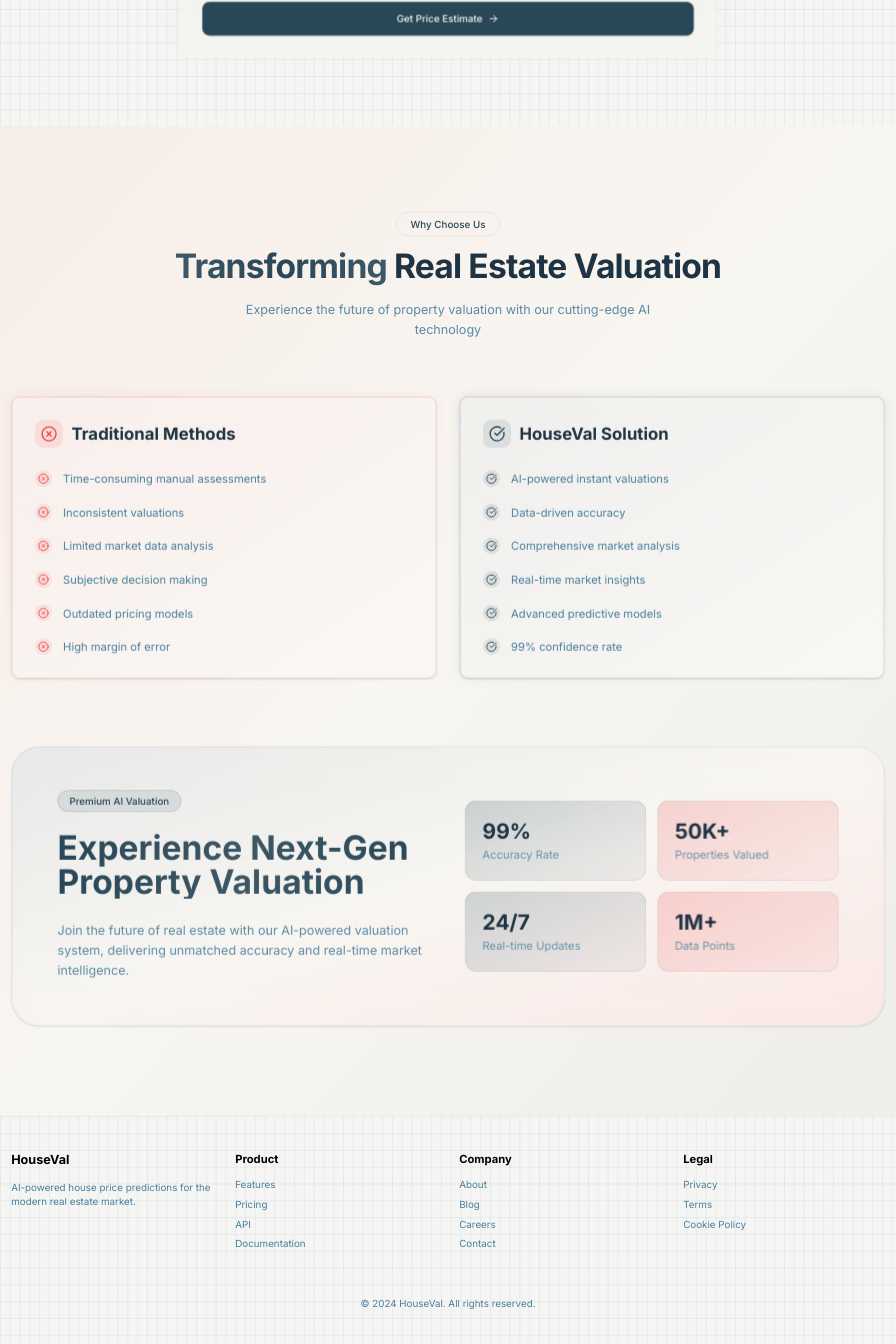
Repository: Rayyy-dev/HouseVal
Page: /
An editor plug-in stored every save of this project. The page is shown before and after the next save, followed by the edit.
The browser window is 1280 px wide. The pictures show the part of the page from y = 2574 to 4494 px (the page is 4494 px tall), at 70% of full size.
The project was rebuilt for these pictures with package versions that can differ from the ones it lists, and the page was loaded fresh each time. The framework's server and built-in components were replaced by stand-ins that run in the browser. Also part of the build but not shown: next.config.js. Imported but missing from the stored project, and not drawn on this page: src/components/ui/command.

Above is the page before, as saved 2025-01-18 16:45:56.

### src/app/layout.tsx
import type { Metadata } from "next";
import { Inter } from "next/font/google";
import "./globals.css";
import { Toaster } from "sonner";

const inter = Inter({ subsets: ["latin"] });

export const metadata: Metadata = {
  title: "HouseVal - AI-Powered House Price Predictor",
  description: "Get instant, accurate house price estimates powered by AI",
};

export default function RootLayout({
  children,
}: {
  children: React.ReactNode;
}) {
  return (
    <html lang="en">
      <body className={inter.className}>
        {children}
        <Toaster richColors position="top-center" />
      </body>
    </html>
  );
}

### src/app/page.tsx
import { Header } from "@/components/landing-page/sections/header";
import { Hero } from "@/components/landing-page/sections/hero";
import { Integrations } from "@/components/landing-page/sections/integrations";
import { Benefits } from "@/components/landing-page/sections/benefits";
import { PricePredictor } from "@/components/landing-page/sections/price-predictor";
import { Solution } from "@/components/landing-page/sections/solution";
import { Footer } from "@/components/landing-page/sections/footer";

export default function Home() {
  return (
    <div className="min-h-screen bg-background">
      <Header />
      <Hero />
      <Integrations />
      <Benefits />
      <PricePredictor />
      <Solution />
      <Footer />
    </div>
  );
}

### src/components/landing-page/sections/solution.tsx
"use client";

import { motion } from "framer-motion";
import { Card, CardContent } from "@/components/ui/card";
import { CheckCircle, XCircle } from "lucide-react";
import { cn } from "@/lib/utils";

// Add smooth animation variants
const containerVariants = {
  hidden: { opacity: 0 },
  visible: {
    opacity: 1,
    transition: {
      staggerChildren: 0.1,
      delayChildren: 0.2,
      duration: 0.5,
      ease: [0.6, -0.05, 0.01, 0.99]
    }
  }
};

const itemVariants = {
  hidden: { opacity: 0, y: 10 },
  visible: {
    opacity: 1,
    y: 0,
    transition: {
      duration: 0.5,
      ease: [0.6, -0.05, 0.01, 0.99]
    }
  }
};

export function Solution() {
  return (
    <section className="py-32 relative overflow-hidden">
      {/* Sophisticated Background */}
      <div className="absolute inset-0">
        <div className="absolute inset-0 bg-gradient-to-br from-destructive/5 via-transparent to-primary/5" />
        <motion.div
          initial={{ opacity: 0 }}
          animate={{ opacity: 1 }}
          transition={{ duration: 1.5 }}
          className="absolute inset-0"
        >
          <div className="absolute left-0 right-0 top-0 -z-10 m-auto h-[310px] w-[310px] rounded-full bg-primary/5 blur-[120px] animate-pulse-slow" />
          <div className="absolute left-1/3 right-0 top-1/2 -z-10 h-[250px] w-[250px] rounded-full bg-destructive/5 blur-[120px] animate-pulse-slow delay-300" />
        </motion.div>
      </div>

      <div className="container mx-auto px-4 relative">
        {/* Enhanced Header */}
        <motion.div
          initial={{ opacity: 0, y: 20 }}
          whileInView={{ opacity: 1, y: 0 }}
          viewport={{ once: true }}
          transition={{ duration: 0.7, ease: "easeOut" }}
          variants={containerVariants}
          className="text-center mb-20"
        >
          <motion.div
            initial={{ scale: 0.95, opacity: 0 }}
            whileInView={{ scale: 1, opacity: 1 }}
            transition={{ duration: 0.5, delay: 0.2 }}
            variants={itemVariants}
            className="inline-block mb-6"
          >
            <span className="px-5 py-2 rounded-full bg-primary/8 text-primary text-sm font-medium border border-primary/10">
              Why Choose Us
            </span>
          </motion.div>
          <motion.h2
            variants={itemVariants}
            className="text-4xl md:text-5xl font-bold mb-6 tracking-tight"
          >
            <span className="bg-gradient-to-r from-primary/90 via-primary to-primary/90 bg-clip-text text-transparent">Transforming</span>
            <span className="text-foreground"> Real Estate Valuation</span>
          </motion.h2>
          <motion.p
            variants={itemVariants}
            className="text-lg text-muted-foreground/90 max-w-2xl mx-auto leading-relaxed"
          >
            Experience the future of property valuation with our cutting-edge AI technology
          </motion.p>
        </motion.div>

        {/* Enhanced Cards Grid */}
        <div className="grid grid-cols-1 lg:grid-cols-2 gap-8">
          <motion.div
            initial={{ opacity: 0, x: -20 }}
            whileInView={{ opacity: 1, x: 0 }}
            viewport={{ once: true }}
            transition={{ duration: 0.7 }}
          >
            <Card className="relative group h-full">
              <div className="absolute -inset-0.5 bg-gradient-to-br from-destructive/20 to-destructive/0 rounded-2xl blur opacity-50 group-hover:opacity-75 transition duration-300" />
              <div className="relative h-full bg-background/50 backdrop-blur-sm rounded-xl p-8 border border-destructive/20">
                <h3 className="text-2xl font-bold mb-8 flex items-center gap-3">
                  <div className="p-2 rounded-lg bg-destructive/10">
                    <XCircle className="text-destructive h-6 w-6" />
                  </div>
                  Traditional Methods
                </h3>
                <CardContent className="space-y-6 p-0">
                  {[
                    "Time-consuming manual assessments",
                    "Inconsistent valuations",
                    "Limited market data analysis",
                    "Subjective decision making",
                    "Outdated pricing models",
                    "High margin of error"
                  ].map((item, i) => (
                    <motion.div
                      initial={{ opacity: 0, x: -10 }}
                      whileInView={{ opacity: 1, x: 0 }}
                      viewport={{ once: true }}
                      transition={{ duration: 0.5, delay: i * 0.1, ease: [0.6, -0.05, 0.01, 0.99] }}
                      key={i}
                      className="flex items-start gap-4 group"
                    >
                      <div className="h-6 w-6 rounded-full bg-destructive/10 flex items-center justify-center shrink-0 group-hover:bg-destructive/20 transition-all duration-500">
                        <XCircle className="h-4 w-4 text-destructive" />
                      </div>
                      <p className="text-muted-foreground group-hover:text-foreground transition-all duration-500">{item}</p>
                    </motion.div>
                  ))}
                </CardContent>
              </div>
            </Card>
          </motion.div>

          <motion.div
            initial={{ opacity: 0, x: 20 }}
            whileInView={{ opacity: 1, x: 0 }}
            viewport={{ once: true }}
            transition={{ duration: 0.7 }}
          >
            <Card className="relative group h-full">
              <div className="absolute -inset-0.5 bg-gradient-to-br from-primary/20 to-primary/0 rounded-2xl blur opacity-50 group-hover:opacity-75 transition duration-300" />
              <div className="relative h-full bg-background/50 backdrop-blur-sm rounded-xl p-8 border border-primary/20">
                <h3 className="text-2xl font-bold mb-8 flex items-center gap-3">
                  <div className="p-2 rounded-lg bg-primary/10">
                    <CheckCircle className="text-primary h-6 w-6" />
                  </div>
                  HouseVal Solution
                </h3>
                <CardContent className="space-y-6 p-0">
                  {[
                    "AI-powered instant valuations",
                    "Data-driven accuracy",
                    "Comprehensive market analysis",
                    "Real-time market insights",
                    "Advanced predictive models",
                    "99% confidence rate"
                  ].map((item, i) => (
                    <motion.div
                      initial={{ opacity: 0, x: 10 }}
                      whileInView={{ opacity: 1, x: 0 }}
                      viewport={{ once: true }}
                      transition={{ duration: 0.5, delay: i * 0.1, ease: [0.6, -0.05, 0.01, 0.99] }}
                      key={i}
                      className="flex items-start gap-4 group"
                    >
                      <div className="h-6 w-6 rounded-full bg-primary/10 flex items-center justify-center shrink-0 group-hover:bg-primary/20 transition-all duration-500">
                        <CheckCircle className="h-4 w-4 text-primary" />
                      </div>
                      <p className="text-muted-foreground group-hover:text-foreground transition-all duration-500">{item}</p>
                    </motion.div>
                  ))}
                </CardContent>
              </div>
            </Card>
          </motion.div>
        </div>

        {/* CTA Section */}
        <motion.div
          initial={{ opacity: 0, y: 20 }}
          whileInView={{ opacity: 1, y: 0 }}
          viewport={{ once: true }}
          transition={{ duration: 0.7 }}
          className="mt-24"
        >
          <Card className="relative group overflow-hidden rounded-[2.5rem]">
            {/* Modern gradient background */}
            <div className="absolute inset-0">
              <div className="absolute inset-0 bg-gradient-to-br from-primary/10 via-background to-destructive/10" />
              <div className="absolute inset-0 bg-[radial-gradient(circle_at_top_right,rgba(var(--primary),0.1),transparent_50%),radial-gradient(circle_at_bottom_left,rgba(var(--destructive),0.1),transparent_50%)]" />
            </div>

            <div className="relative backdrop-blur-xl rounded-[2.5rem] border border-primary/10">
              <div className="relative p-12 md:p-16">
                <div className="flex flex-col lg:flex-row items-center gap-12 max-w-6xl mx-auto">
                  {/* Left Content */}
                  <div className="flex-1 text-left space-y-8">
                    <motion.div
                      initial={{ opacity: 0, y: 10 }}
                      whileInView={{ opacity: 1, y: 0 }}
                      transition={{ duration: 0.5 }}
                    >
                      <span className="px-4 py-1.5 rounded-full bg-primary/10 text-primary text-sm font-medium border border-primary/20 shadow-[0_0_15px_-3px_rgba(var(--primary),0.3)]">
                        Premium AI Valuation
                      </span>
                    </motion.div>

                    <motion.h3
                      initial={{ opacity: 0, y: 10 }}
                      whileInView={{ opacity: 1, y: 0 }}
                      transition={{ duration: 0.5, delay: 0.1 }}
                      className="text-4xl md:text-5xl font-bold bg-gradient-to-r from-primary via-primary/90 to-primary bg-clip-text text-transparent drop-shadow-[0_0_15px_rgba(var(--primary),0.3)]"
                    >
                      Experience Next-Gen Property Valuation
                    </motion.h3>

                    <motion.p
                      initial={{ opacity: 0, y: 10 }}
                      whileInView={{ opacity: 1, y: 0 }}
                      transition={{ duration: 0.5, delay: 0.2 }}
                      className="text-lg text-muted-foreground/90 max-w-xl drop-shadow-[0_0_10px_rgba(var(--primary),0.1)]"
                    >
                      Join the future of real estate with our AI-powered valuation system, delivering unmatched accuracy and real-time market intelligence.
                    </motion.p>
                  </div>

                  {/* Right Stats Grid */}
                  <motion.div
                    initial={{ opacity: 0, scale: 0.95 }}
                    whileInView={{ opacity: 1, scale: 1 }}
                    transition={{ duration: 0.5, delay: 0.3 }}
                    className="flex-1 grid grid-cols-2 gap-4 w-full"
                  >
                    {[
                      {
                        stat: "99%",
                        label: "Accuracy Rate",
                        gradient: "from-primary/20 to-primary/5"
                      },
                      {
                        stat: "50K+",
                        label: "Properties Valued",
                        gradient: "from-destructive/20 to-destructive/5"
                      },
                      {
                        stat: "24/7",
                        label: "Real-time Updates",
                        gradient: "from-primary/20 to-primary/5"
                      },
                      {
                        stat: "1M+",
                        label: "Data Points",
                        gradient: "from-destructive/20 to-destructive/5"
                      }
                    ].map((item, i) => (
                      <div
                        key={i}
                        className={cn(
                          "flex flex-col justify-center p-6 rounded-2xl border border-primary/10",
                          "bg-gradient-to-br backdrop-blur-sm",
                          item.gradient,
                          "shadow-[0_0_15px_-3px_rgba(var(--primary),0.2)]"
                        )}
                      >
                        <span className="text-3xl font-bold text-foreground mb-1 drop-shadow-[0_0_10px_rgba(var(--primary),0.2)]">
                          {item.stat}
                        </span>
                        <span className="text-muted-foreground/80 drop-shadow-[0_0_8px_rgba(var(--primary),0.1)]">
                          {item.label}
                        </span>
                      </div>
                    ))}
                  </motion.div>
                </div>
              </div>
            </div>
          </Card>
        </motion.div>
      </div>
    </section>
  );
}

### src/components/ui/input.tsx
import * as React from "react"

import { cn } from "@/lib/utils"

export interface InputProps extends React.InputHTMLAttributes<HTMLInputElement> {}

const Input = React.forwardRef<HTMLInputElement, InputProps>(
  ({ className, type, ...props }, ref) => {
    return (
      <input
        type={type}
        className={cn(
          "flex h-9 w-full rounded-md border border-input bg-transparent px-3 py-1 text-base shadow-sm transition-colors file:border-0 file:bg-transparent file:text-sm file:font-medium file:text-foreground placeholder:text-muted-foreground focus-visible:outline-none focus-visible:ring-1 focus-visible:ring-ring disabled:cursor-not-allowed disabled:opacity-50 md:text-sm",
          className
        )}
        ref={ref}
        {...props}
      />
    )
  }
)
Input.displayName = "Input"

export { Input }

### src/components/ui/label.tsx
"use client"

import * as React from "react"
import * as LabelPrimitive from "@radix-ui/react-label"
import { cva, type VariantProps } from "class-variance-authority"

import { cn } from "@/lib/utils"

const labelVariants = cva(
  "text-sm font-medium leading-none peer-disabled:cursor-not-allowed peer-disabled:opacity-70"
)

const Label = React.forwardRef<
  React.ElementRef<typeof LabelPrimitive.Root>,
  React.ComponentPropsWithoutRef<typeof LabelPrimitive.Root> &
    VariantProps<typeof labelVariants>
>(({ className, ...props }, ref) => (
  <LabelPrimitive.Root
    ref={ref}
    className={cn(labelVariants(), className)}
    {...props}
  />
))
Label.displayName = LabelPrimitive.Root.displayName

export { Label }

### src/components/landing-page/housing/locations.ts
// Extract unique cities and states from the CSV
export const locations = [
  // New York
  { value: 'new-york-ny', label: 'New York, NY', factor: 2.0 },
  { value: 'brooklyn-ny', label: 'Brooklyn, NY', factor: 1.8 },
  { value: 'queens-ny', label: 'Queens, NY', factor: 1.6 },

  // California
  { value: 'los-angeles-ca', label: 'Los Angeles, CA', factor: 1.9 },
  { value: 'san-francisco-ca', label: 'San Francisco, CA', factor: 2.1 },
  { value: 'san-diego-ca', label: 'San Diego, CA', factor: 1.7 },

  // Texas
  { value: 'austin-tx', label: 'Austin, TX', factor: 1.5 },
  { value: 'houston-tx', label: 'Houston, TX', factor: 1.3 },
  { value: 'dallas-tx', label: 'Dallas, TX', factor: 1.4 },

  // Florida
  { value: 'miami-fl', label: 'Miami, FL', factor: 1.6 },
  { value: 'orlando-fl', label: 'Orlando, FL', factor: 1.3 },

  // Washington
  { value: 'seattle-wa', label: 'Seattle, WA', factor: 1.8 },

  // Illinois
  { value: 'chicago-il', label: 'Chicago, IL', factor: 1.5 },

  // Massachusetts
  { value: 'boston-ma', label: 'Boston, MA', factor: 1.9 },

  // And more major cities...
] as const;

Loaded but not shown: src/lib/utils.ts (common file); tailwind.config.js (76 lines, source omitted); src/components/landing-page/sections/hero.tsx (333 lines, source omitted); src/app/globals.css (956 lines, source omitted); src/components/landing-page/sections/price-predictor.tsx (381 lines, source omitted); src/components/landing-page/sections/benefits.tsx (160 lines, source omitted); src/components/landing-page/sections/header.tsx (127 lines, source omitted); src/components/landing-page/sections/footer.tsx (59 lines, source omitted); src/components/ui/button.tsx (57 lines, source omitted); src/components/ui/card.tsx (76 lines, source omitted); src/components/landing-page/sections/integrations.tsx (57 lines, source omitted); src/components/ui/avatar-stack.tsx (47 lines, source omitted); src/components/ui/popover.tsx (33 lines, source omitted)

After the next save:
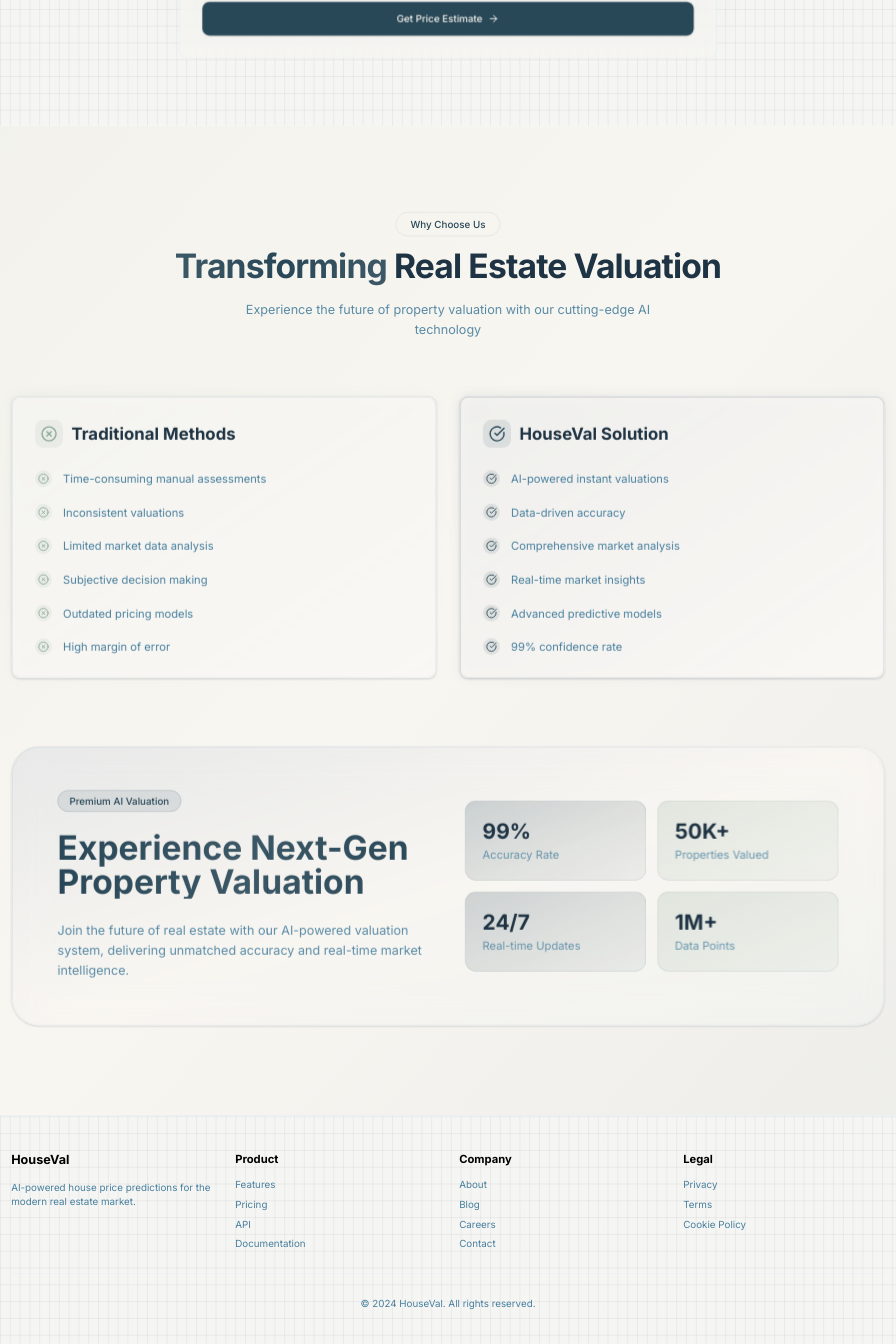
Saved 4 min 5 s later.
--- a/src/components/landing-page/sections/solution.tsx
+++ b/src/components/landing-page/sections/solution.tsx
@@ -36,7 +36,7 @@
     <section className="py-32 relative overflow-hidden">
       {/* Sophisticated Background */}
       <div className="absolute inset-0">
-        <div className="absolute inset-0 bg-gradient-to-br from-destructive/5 via-transparent to-primary/5" />
+        <div className="absolute inset-0 bg-gradient-to-br from-secondary/5 via-transparent to-primary/5" />
         <motion.div
           initial={{ opacity: 0 }}
           animate={{ opacity: 1 }}
@@ -44,7 +44,7 @@
           className="absolute inset-0"
         >
           <div className="absolute left-0 right-0 top-0 -z-10 m-auto h-[310px] w-[310px] rounded-full bg-primary/5 blur-[120px] animate-pulse-slow" />
-          <div className="absolute left-1/3 right-0 top-1/2 -z-10 h-[250px] w-[250px] rounded-full bg-destructive/5 blur-[120px] animate-pulse-slow delay-300" />
+          <div className="absolute left-1/3 right-0 top-1/2 -z-10 h-[250px] w-[250px] rounded-full bg-secondary/5 blur-[120px] animate-pulse-slow delay-300" />
         </motion.div>
       </div>
 
@@ -93,11 +93,11 @@
             transition={{ duration: 0.7 }}
           >
             <Card className="relative group h-full">
-              <div className="absolute -inset-0.5 bg-gradient-to-br from-destructive/20 to-destructive/0 rounded-2xl blur opacity-50 group-hover:opacity-75 transition duration-300" />
-              <div className="relative h-full bg-background/50 backdrop-blur-sm rounded-xl p-8 border border-destructive/20">
+              <div className="absolute -inset-0.5 bg-gradient-to-br from-secondary/20 to-secondary/0 rounded-2xl blur opacity-50 group-hover:opacity-75 transition duration-300" />
+              <div className="relative h-full bg-background/50 backdrop-blur-sm rounded-xl p-8 border border-secondary/20">
                 <h3 className="text-2xl font-bold mb-8 flex items-center gap-3">
-                  <div className="p-2 rounded-lg bg-destructive/10">
-                    <XCircle className="text-destructive h-6 w-6" />
+                  <div className="p-2 rounded-lg bg-secondary/10">
+                    <XCircle className="text-secondary h-6 w-6" />
                   </div>
                   Traditional Methods
                 </h3>
@@ -118,8 +118,8 @@
                       key={i}
                       className="flex items-start gap-4 group"
                     >
-                      <div className="h-6 w-6 rounded-full bg-destructive/10 flex items-center justify-center shrink-0 group-hover:bg-destructive/20 transition-all duration-500">
-                        <XCircle className="h-4 w-4 text-destructive" />
+                      <div className="h-6 w-6 rounded-full bg-secondary/10 flex items-center justify-center shrink-0 group-hover:bg-secondary/20 transition-all duration-500">
+                        <XCircle className="h-4 w-4 text-secondary" />
                       </div>
                       <p className="text-muted-foreground group-hover:text-foreground transition-all duration-500">{item}</p>
                     </motion.div>
@@ -184,8 +184,8 @@
           <Card className="relative group overflow-hidden rounded-[2.5rem]">
             {/* Modern gradient background */}
             <div className="absolute inset-0">
-              <div className="absolute inset-0 bg-gradient-to-br from-primary/10 via-background to-destructive/10" />
-              <div className="absolute inset-0 bg-[radial-gradient(circle_at_top_right,rgba(var(--primary),0.1),transparent_50%),radial-gradient(circle_at_bottom_left,rgba(var(--destructive),0.1),transparent_50%)]" />
+              <div className="absolute inset-0 bg-gradient-to-br from-primary/10 via-background to-secondary/10" />
+              <div className="absolute inset-0 bg-[radial-gradient(circle_at_top_right,rgba(var(--primary),0.1),transparent_50%),radial-gradient(circle_at_bottom_left,rgba(var(--secondary),0.1),transparent_50%)]" />
             </div>
 
             <div className="relative backdrop-blur-xl rounded-[2.5rem] border border-primary/10">
@@ -238,7 +238,7 @@
                       {
                         stat: "50K+",
                         label: "Properties Valued",
-                        gradient: "from-destructive/20 to-destructive/5"
+                        gradient: "from-secondary/20 to-secondary/5"
                       },
                       {
                         stat: "24/7",
@@ -248,7 +248,7 @@
                       {
                         stat: "1M+",
                         label: "Data Points",
-                        gradient: "from-destructive/20 to-destructive/5"
+                        gradient: "from-secondary/20 to-secondary/5"
                       }
                     ].map((item, i) => (
                       <div
